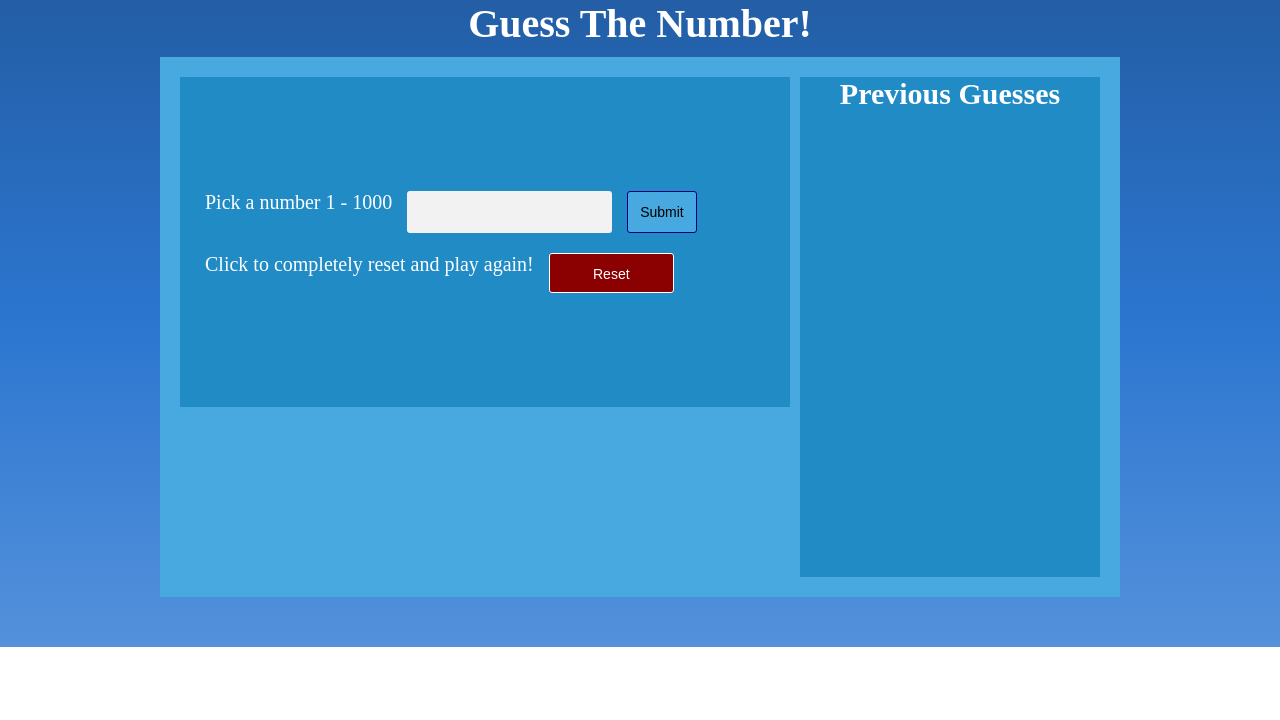
Repository: mlmEFSC21/P15-Modified-Guessing-Game
Page: guess.html
An editor plug-in stored every save of this project. The page is shown before and after the next save, followed by the edit.
The browser window is 1280 px wide. The pictures show the whole page.

Above is the page before, as saved 2022-03-21 21:42:13.

### guess.html
<!DOCTYPE html>
<html lang="en">
    <head>
        <meta charset="UTF-8" />
        <meta http-equiv="X-UA-Compatible" content="IE=edge" />
        <meta name="viewport" content="width=device-width, initial-scale=1.0" />
        <link rel="stylesheet" href="guess.css" />
        <script src="guess.js" defer></script>
        <title>Guessing Game</title>
    </head>
    <body>
        <header>
            <h1 class="pageTitle">Guess The Number!</h1>
        </header>
        <section>
            <div class="gameContainer" id="container">
                <div class="results" id="results">
                    <form action="" class="inputForm">
                        <label for="guessInput">Pick a number 1 - 1000</label>
                        <input
                            type="text"
                            required
                            name="guessInput"
                            class="guessInput"
                            id="guessInput"
                        />
                        <input type="button" class="submitBtn" id="submitBtn" value="Submit" />
                        <label for="resetBtn">Click to completely reset and play again!</label>
                        <button type="reset" class="resetBtn" id="resetBtn" name="Reset">
                            Reset
                        </button>
                    </form>
                </div>
                <div class="guessesContainer" id="guessesContainer">
                    <h2>Previous Guesses</h2>
                    <ul class="guesses" id="guessList"></ul>
                </div>
            </div>
        </section>
    </body>
</html>

### guess.css
:root {
    --clr-primary: #218bc6;
    --clr-secondary: #48a9e0;
    --clr-tertiary: #235ea6;
}

*,
*::after,
*::before {
    box-sizing: border-box;
    margin: 0;
    padding: 0;
}
body {
    background-image: linear-gradient(var(--clr-tertiary), #2c76d0, #5491db);
    height: 100%;
    background-position: center;
    background-repeat: no-repeat;
    background-size: cover;
    color: white;
    font-size: 20px;
    margin-bottom: 50px;
}
.pageTitle {
    text-align: center;
}
.gameContainer {
    background-color: var(--clr-secondary);
    display: grid;
    max-width: 960px;
    height: 75vh;
    margin: 10px auto;
    padding: 20px;
    grid-template-columns: repeat(3, 1fr);
    grid-template-rows: repeat(3, 1fr);
    gap: 10px;
    align-items: center;
    justify-content: center;
}
.results {
    background-color: var(--clr-primary);
    display: flex;
    flex-direction: column-reverse;
    margin: 10px auto;
    padding: 0 25px;
    grid-column: 1 / 3;
    grid-row: 1 / 3;
    height: 100%;
    justify-content: center;
    align-items: center;
    text-align: center;
    overflow: hidden;
}
input,
button {
    margin-block: 10px;
}
.inputForm {
    display: flex;
    flex-wrap: wrap;
}
label {
    margin-right: 15px;
    margin-block: 10px;
}
input {
    border: none;
    -webkit-appearance: none;
    -ms-appearance: none;
    -moz-appearance: none;
    appearance: none;
    background: #f2f2f2;
    padding: 12px;
    border-radius: 3px;
    outline: none;
    font-size: 14px;
}
button {
    border: solid 1px white;
    margin-bottom: 10px;
    padding: 12px;
    border-radius: 3px;
    width: 125px;
    height: 40px;
    outline: none;
    font-size: 14px;
}
.submitBtn {
    background: var(--clr-secondary);
    border: solid 0.5px navy;
    margin-left: 15px;
}
.submitBtn:hover {
    background: #44b3db;
}
.resetBtn {
    background: darkred;
    color: white;
}
.resetBtn:hover {
    background: red;
}
.guessesContainer {
    background-color: var(--clr-primary);
    display: flex;
    flex-direction: column;
    flex-grow: 2;
    height: 100%;
    grid-row: 1 / 4;
    align-items: center;
    overflow: hidden;
}
/* the h3 that is appended by the js. It was hugging the container too much. */
h3 {
    margin: 10px;
    text-align: center;
}
.hint {
    font-style: italic;
    text-decoration: underline;
}

### guess.js
let randomNumber = Math.floor(Math.random() * 1000 + 1);
let guesses = [];

const guessInput = document.getElementById("guessInput");
const resultsDiv = document.getElementById("results");
const submitButton = document.getElementById("submitBtn");
const resetButton = document.getElementById("resetBtn");
const p = document.createElement("p");
const ul = document.getElementById("guessList");
const li = document.createElement("li");
const guessesContainer = document.getElementById("guessesContainer");
const winningMessage = document.createElement("h3");
const hint = document.createElement("h3");

//checks to see if the guess is higher, lower, or equal to
function checkGuess() {
    const currentGuess = Number(guessInput.value);
    if (currentGuess == randomNumber) {
        guesses.push(currentGuess);
        p.innerText = "Congratulations! You guessed the number!";
        resultsDiv.append(p);
        countGuesses();
    }
    if (currentGuess < randomNumber) {
        guesses.push(currentGuess);
        p.innerText = "Too low. Try again!";
        resultsDiv.append(p);
        trackGuesses();
    }
    if (currentGuess > randomNumber) {
        guesses.push(currentGuess);
        p.innerText = "Too high. Try again!";
        resultsDiv.append(p);
        trackGuesses();
    }
}
//tracks previous guess in a <ul>. Removes <li> and populates from guesses[] each time.
function trackGuesses() {
    while (ul.hasChildNodes()) {
        ul.removeChild(ul.firstChild);
    }
    for (i = 0; i <= guesses.length - 1; i++) {
        let li = document.createElement("li");
        li.innerText = guesses[i];
        ul.appendChild(li);
    }
}

//counts how many guesses. Uses array length.
function countGuesses() {
    let numOfGuesses = guesses.length;
    if (numOfGuesses < 10) {
        winningMessage.innerText = `${numOfGuesses} guesses?! Either you know the secret or you got lucky!`;
        guessesContainer.append(winningMessage);
    } else if (numOfGuesses == 10) {
        winningMessage.innerText = `${numOfGuesses} guesses. Ahah! You know the secret!`;
        guessesContainer.append(winningMessage);
    } else if (numOfGuesses > 10) {
        winningMessage.innerText = `Yikes! ${numOfGuesses} guesses... You should be able to do better!`;
        hint.innerHTML = '*Hint* Knowing the trick is <span class="hint">half</span> the battle.';
        guessesContainer.append(winningMessage);
        guessesContainer.append(hint);
    }
}
// creates a new random number for replay
function newRNG() {
    randomNumber = Math.floor(Math.random() * 10 + 1);
}
//resets the game completely.
function resetGame() {
    p.innerText = "";
    resultsDiv.append(p);
    while (ul.hasChildNodes()) {
        ul.removeChild(ul.firstChild);
    }
    winningMessage.remove();
    guesses = [];
    newRNG();
    //logging random number for debugging.
    console.log(randomNumber);
}

submitButton.addEventListener("click", checkGuess);
resetButton.addEventListener("click", resetGame);
//logging random number for debugging.
console.log(randomNumber);

After the next save:
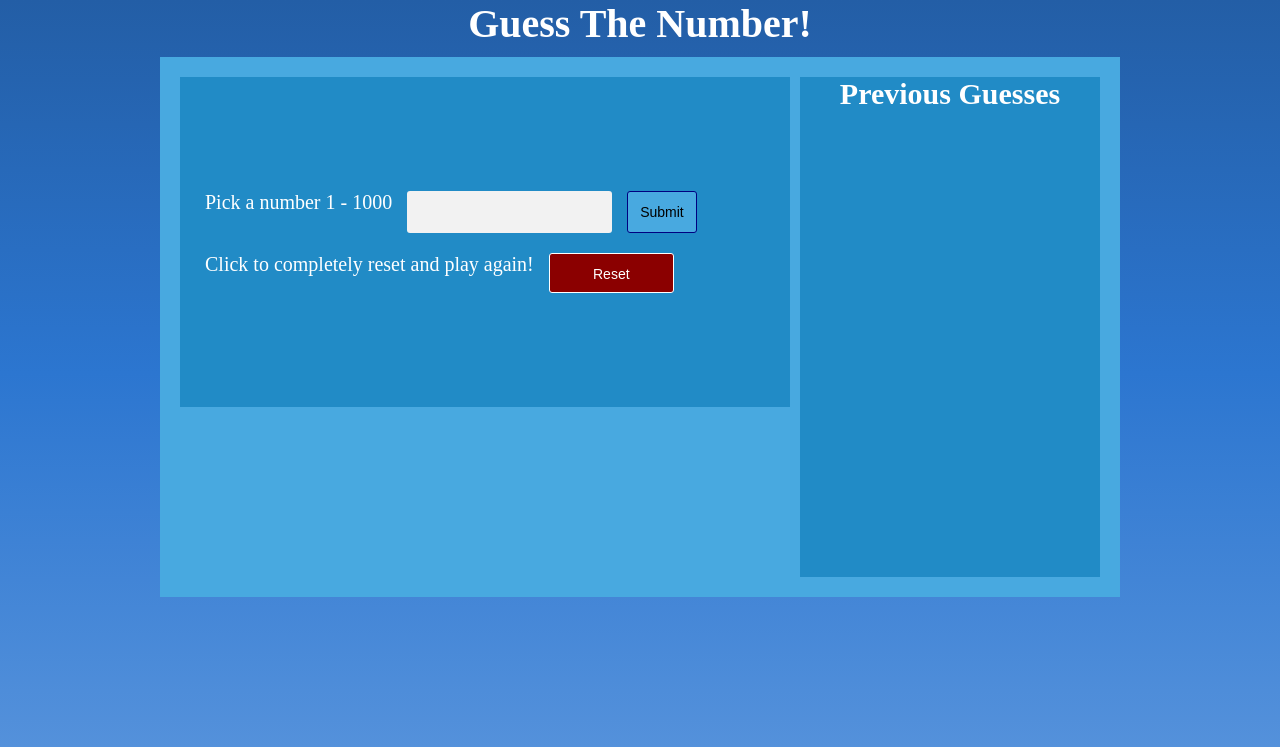
Saved 5 s later.
--- a/guess.css
+++ b/guess.css
@@ -19,7 +19,7 @@ body {
     background-size: cover;
     color: white;
     font-size: 20px;
-    margin-bottom: 50px;
+    margin-bottom: 150px;
 }
 .pageTitle {
     text-align: center;
